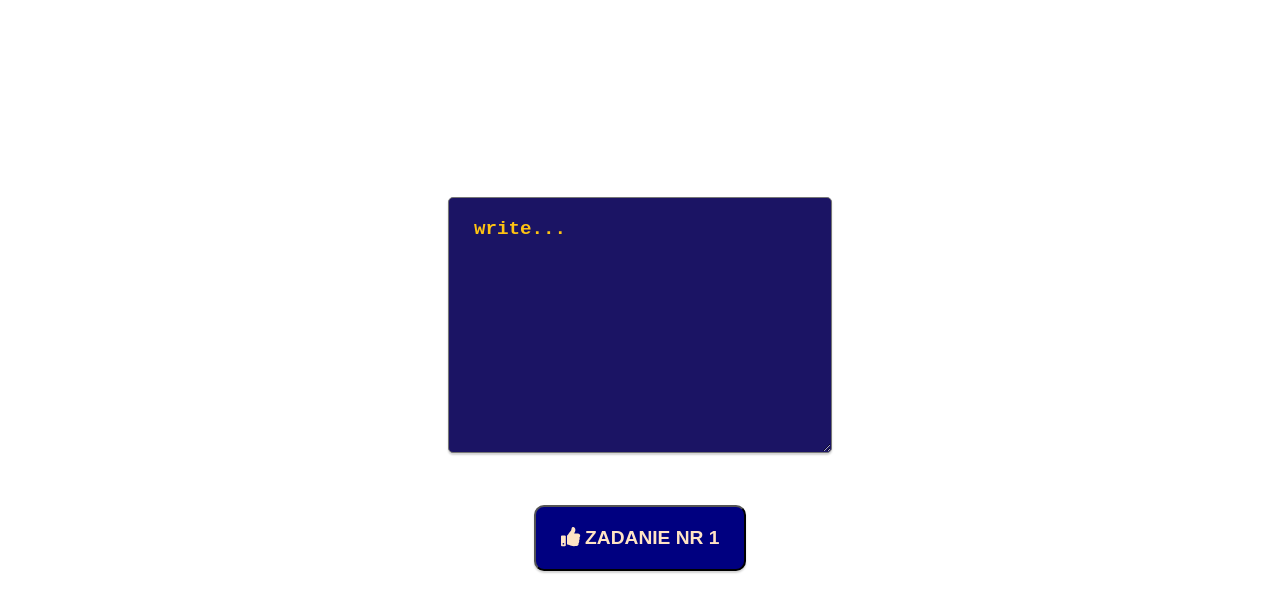
Repository: KrzysKolo/sr_tydzien3_zad_1_2_3
Page: /
The author's editor kept a copy of each file at every save. The page is drawn from the files as they stood at one save, then again after the next save.
The browser window is 1280 px wide. The pictures show the whole page.
The project was rebuilt for these pictures with package versions that can differ from the ones it lists, and the page was loaded fresh each time.

Above is the page before, as saved 2020-11-02 16:48:46.

After the next save:
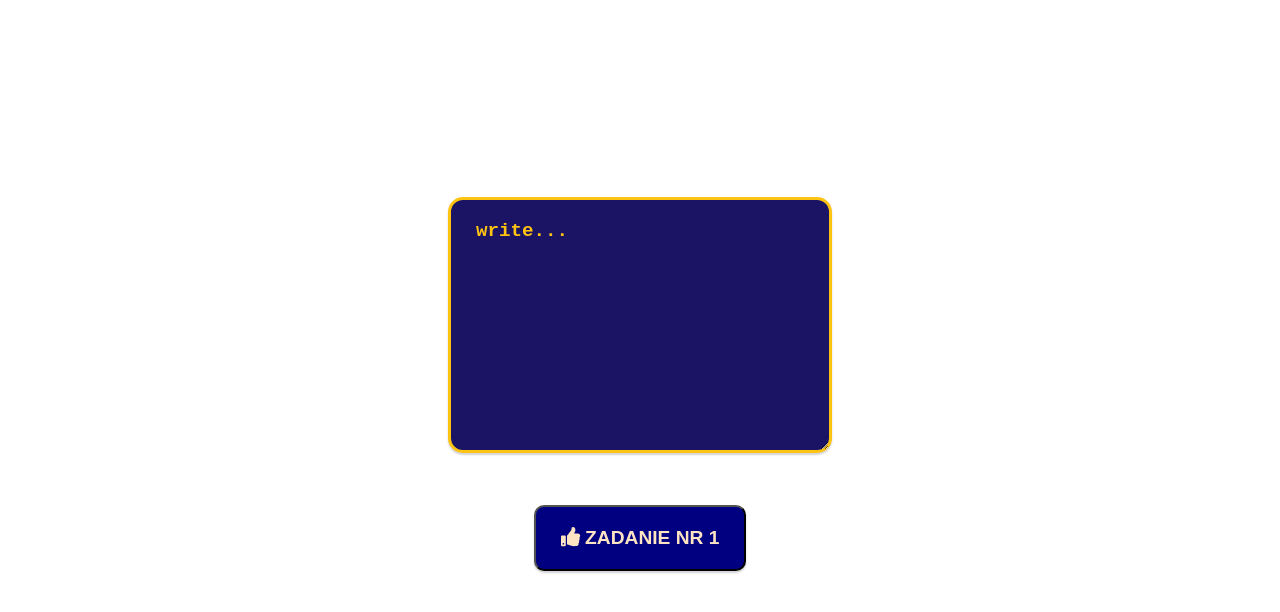
Saved 40 s later.
--- a/src/components/Form/Textarea.js
+++ b/src/components/Form/Textarea.js
@@ -28,8 +28,7 @@ const Textarea = ({value, color, bgColor, borderSize, borderRadius, borderColor}
 Textarea.defaultProps = {
     bgColor: "#1B1464",
     border: "3px red solid",
-    borderRadius: "5px",
-    borderSize: 2,
+    borderRadius: "15px",
     color: "#FFC312",
     value: "write...",
     }
